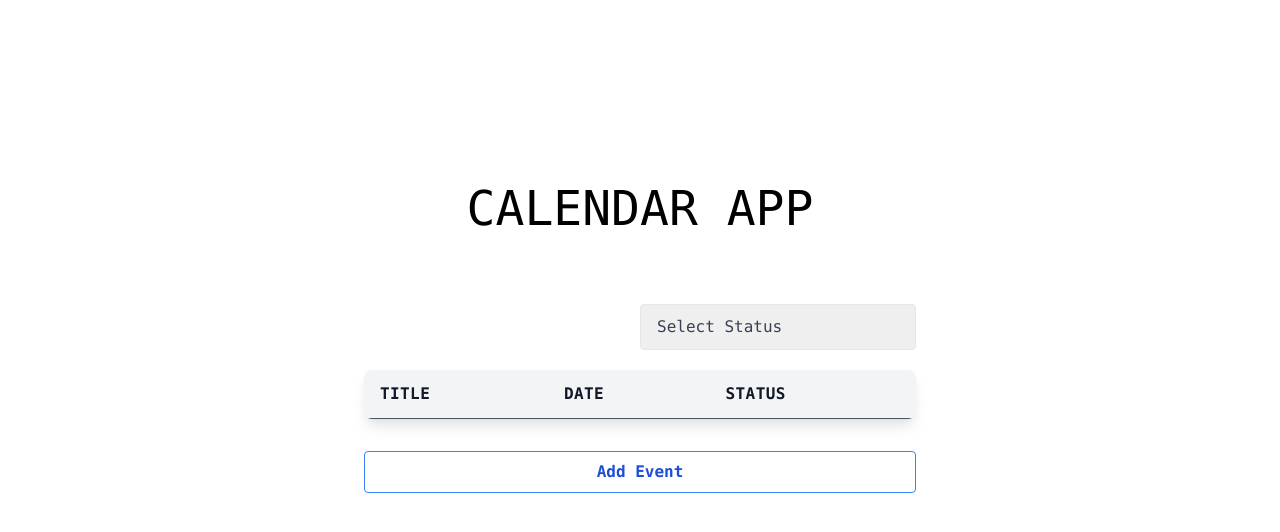
Repository: maikeru-desu/parking-lot
Page: / (app in parking-lot-fe/)
The author's editor kept a copy of each file at every save. The page is drawn from the files as they stood at one save, then again after the next save.
The browser window is 1280 px wide. The pictures show the whole page.
The page's requests for data from a server got no answer. The project was rebuilt for these pictures with package versions that can differ from the ones it lists, and the page was loaded fresh each time. No one was signed in, and anything a server would have sent is missing. Also part of the build but not shown: parking-lot-fe/craco.config.js, parking-lot-fe/src/pages/Add.js, parking-lot-fe/src/pages/Edit.js.

Above is the page before, as saved 2021-10-14 08:25:36.

### parking-lot-fe/src/index.js
import React from 'react';
import ReactDOM from 'react-dom';
import './index.css';
import App from './App';
import {Provider} from "react-redux";
import {BrowserRouter} from "react-router-dom";
import reportWebVitals from './reportWebVitals';
import store from './redux/store';

ReactDOM.render(
    <React.StrictMode>
        <BrowserRouter>
            <Provider store={store}>
                <App />
            </Provider>
        </BrowserRouter>
    </React.StrictMode>,
    document.getElementById('root')
);

// If you want to start measuring performance in your app, pass a function
// to log results (for example: reportWebVitals(console.log))
// or send to an analytics endpoint. Learn more: https://bit.ly/CRA-vitals
reportWebVitals();

### parking-lot-fe/src/App.js
import logo from './logo.svg';
import './App.css';
import {Switch, Route} from "react-router-dom";
import Home from './pages/Home';
import Add from './pages/Add';
import Edit from './pages/Edit';

function App() {
  return (
    <div className="App font-mono">
          <h1 class="mb-12 text-5xl">CALENDAR APP</h1>
        <Switch>
            <Route exact path="/" component={Home} />
            <Route exact path="/add" component={Add} />
            <Route exact path="/edit/:id" component={Edit} />
        </Switch>
    </div>
  );
}

export default App;

### parking-lot-fe/src/redux/store.js
import {createStore, applyMiddleware} from "redux";
import logger from "redux-logger";
import reduxThunk from "redux-thunk";
import rootReducer from "./root-reducer";

const middlewares = [reduxThunk];

if (process.env.NODE_ENV === "development") {
    middlewares.push(logger)
}

const store = createStore(rootReducer, applyMiddleware(...middlewares));

export default store;

### parking-lot-fe/src/pages/Home.js
import React, {useEffect} from 'react'
import {useDispatch, useSelector} from "react-redux";
import { deleteEvent, loadEvents } from '../redux/actions';
import { useHistory } from 'react-router-dom';

const Home = () => {
    let dispatch = useDispatch();
    let history = useHistory();
    const { events } = useSelector(state => state.events);

    const handleDelete = (id) => {
        if(window.confirm("Are you sure wanted to delete the event?")) {
            dispatch(deleteEvent(id));
        }
    }

    useEffect(() => {
        dispatch(loadEvents());
    }, [])

    return (
        <section class="container mx-auto p-6">
            <div class="grid grid-cols-4">
                <select
                    id="status"
                    name="status"
                    // value={status}
                    // onChange={handleChange}
                    className="mb-5 col-start-3 col-span-4 block appearance-none w-full border border-gray-200 text-gray-700 py-3 px-4 pr-8 rounded leading-tight focus:outline-none focus:bg-white focus:border-gray-500">
                    <option>Select Status</option>
                    <option value="0">Pending</option>
                    <option value="2">Ongoing</option>
                    <option value="1">Done</option>
                </select>
            </div>

            <div class="w-full mb-8 overflow-hidden rounded-lg shadow-lg">
                <div class="w-full overflow-x-hidden">
                <table class="w-full">
                    <thead>
                    <tr class="text-md font-semibold tracking-wide text-left text-gray-900 bg-gray-100 uppercase border-b border-gray-600">
                        <th class="px-4 py-3">Title</th>
                        <th class="px-4 py-3">Date</th>
                        <th class="px-4 py-3">Status</th>
                        {/* <th class="px-4 py-3">Action</th> */}
                    </tr>
                    </thead>
                    <tbody class="bg-white">
                        {events && events.map((event) => (
                            <tr onClick={() => history.push(`/edit/${event.id}`)} class="text-gray-700 hover:bg-gray-100" key={event.id}>
                                <td class="px-4 py-3 border">
                                    <div class="flex items-center text-sm">
                                        <div>
                                            <p class="font-semibold text-black">{event.title}</p>
                                        </div>
                                    </div>
                                </td>
                                <td class="px-4 py-3 text-ms font-semibold border">{event.date}</td>
                                <td class="px-4 py-3 text-xs border">
                                    {(() => {
                                        if (event.status == 0) {
                                            return <span class="px-2 py-1 font-semibold leading-tight text-yellow-700 bg-yellow-100 rounded-sm"> Pending </span>;
                                        } else if (event.status == 1) {
                                            return <span class="px-2 py-1 font-semibold leading-tight text-green-700 bg-green-100 rounded-sm"> Done </span>;
                                        } else {
                                            return <span class="px-2 py-1 font-semibold leading-tight text-blue-700 bg-blue-100 rounded-sm"> Ongoing </span>;
                                        }
                                    })()}
                                    {/* <span class="px-2 py-1 font-semibold leading-tight text-green-700 bg-green-100 rounded-sm"> Acceptable </span> */}
                                </td>
                                {/* <td class="px-4 py-3 text-sm border">
                                    <button onClick={() => history.push(`/edit/${event.id}`)} className="bg-transparent hover:bg-blue-500 text-blue-700 font-semibold hover:text-white py-2 px-4 border border-blue-500 hover:border-transparent rounded">
                                        EDIT
                                    </button>
                                    <button onClick={() => handleDelete(event.id)} className="bg-transparent hover:bg-red-500 text-red-700 font-semibold hover:text-white py-2 px-4 border border-red-500 hover:border-transparent rounded">
                                        DELETE
                                    </button>
                                </td> */}
                            </tr>
                        ))}
                    </tbody>
                </table>
                </div>
            </div>

            <button onClick={() => history.push("/add")} className="mb-5 col-start-3 col-span-4 bg-transparent hover:bg-blue-500 text-blue-700 font-semibold hover:text-white py-2 px-4 border border-blue-500 hover:border-transparent rounded">
                Add Event
            </button>

        </section>
    )
}

export default Home

### parking-lot-fe/src/redux/root-reducer.js
import {combineReducers} from "redux";
import eventsReducers from "./reducer";

const rootReducer = combineReducers({
    events: eventsReducers
});

export default rootReducer;

### parking-lot-fe/src/redux/actions.js
import * as types from "./actionType";
import axios from "axios";

const getEvents = (events) => ({
    type: types.GET_EVENTS,
    payload: events
});

const eventDeleted = () => ({
    type: types.DELETE_EVENT
});

const eventAdded = () => ({
    type: types.ADD_EVENT
});

const eventFetched = (event) => ({
    type: types.GET_EVENT,
    payload: event,
});

const eventUpdated = () => ({
    type: types.UPDATE_EVENT
});

export const loadEvents = () => {
    return function (dispatch) {
        axios.get(`${process.env.REACT_APP_API}?_sort=date&_order=desc`).then((resp) => {
            // console.log("resp", resp);
            dispatch(getEvents(resp.data));
        })
        .catch((error) => console.log(error));
    };
};

export const deleteEvent = (id) => {
    return function (dispatch) {
        axios.delete(`${process.env.REACT_APP_API}/${id}`).then((resp) => {
            console.log("resp", resp);
            dispatch(eventDeleted());
            dispatch(loadEvents());
        })
        .catch((error) => console.log(error));
    };
};

export const addEvent = (user) => {
    return function (dispatch) {
        axios.post(`${process.env.REACT_APP_API}`, user).then((resp) => {
            console.log("resp", resp);
            dispatch(eventAdded());
            dispatch(loadEvents());
        })
        .catch((error) => console.log(error));
    };
};

export const getEvent = (id) => {
    return function (dispatch) {
        axios.get(`${process.env.REACT_APP_API}/${id}`).then((resp) => {
            console.log("resp", resp);
            dispatch(eventFetched(resp.data));
        })
        .catch((error) => console.log(error));
    };
};

export const updateEvent = (user, id) => {
    return function (dispatch) {
        axios.put(`${process.env.REACT_APP_API}/${id}`, user).then((resp) => {
            console.log("resp", resp);
            dispatch(eventUpdated());
        })
            .catch((error) => console.log(error));
    };
};

### parking-lot-fe/src/form.css
html, body {
  height: 100%
}

body {
  display: flex;
  justify-content: center;
  align-items: center;
}

form {
  padding: 20px;
  border: 1px solid #ccc;
  border-radius: 5px;
  width: 100%;
}

button {
  width: 100%
}

#root {
    width: 100%;
    max-width: 600px;
}

tr {
    cursor: pointer;
}

### parking-lot-fe/src/redux/reducer.js
import * as types from "./actionType";

const initialState = {
    events: [],
    event: {},
    loading: true
}

const eventsReducers = (state = initialState, action) => {
    switch (action.type) {
        case types.GET_EVENTS:
            return {
                ...state,
                events: action.payload,
                loading: false,
            };
        case types.DELETE_EVENT:
        case types.ADD_EVENT:
        case types.UPDATE_EVENT:
            return {
                ...state,
                loading: false,
            }
        case types.GET_EVENT:
            return {
                ...state,
                event: action.payload,
                loading: false,
            };
        default:
            return state;
    }
}

export default eventsReducers;

### parking-lot-fe/src/redux/actionType.js
export const GET_EVENTS = "GET_EVENTS";
export const DELETE_EVENT = "DELETE_EVENT";
export const ADD_EVENT = "ADD_EVENT";
export const GET_EVENT = "GET_EVENT";
export const UPDATE_EVENT = "UPDATE_EVENT";

Loaded but not shown: parking-lot-fe/src/index.css (common file); parking-lot-fe/src/reportWebVitals.js (common file); parking-lot-fe/src/App.css (common file); parking-lot-fe/tailwind.config.js (common file)

After the next save:
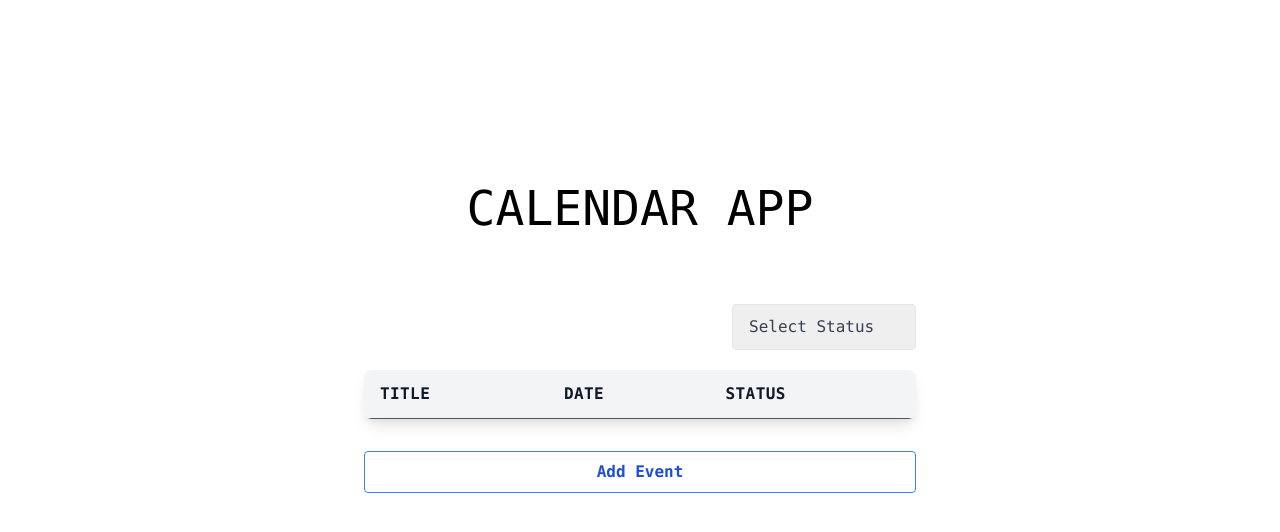
Saved 13 s later.
--- a/parking-lot-fe/src/pages/Home.js
+++ b/parking-lot-fe/src/pages/Home.js
@@ -20,13 +20,13 @@ const Home = () => {
 
     return (
         <section class="container mx-auto p-6">
-            <div class="grid grid-cols-4">
+            <div class="grid grid-cols-6">
                 <select
                     id="status"
                     name="status"
                     // value={status}
                     // onChange={handleChange}
-                    className="mb-5 col-start-3 col-span-4 block appearance-none w-full border border-gray-200 text-gray-700 py-3 px-4 pr-8 rounded leading-tight focus:outline-none focus:bg-white focus:border-gray-500">
+                    className="mb-5 col-start-5 col-span-6 block appearance-none w-full border border-gray-200 text-gray-700 py-3 px-4 pr-8 rounded leading-tight focus:outline-none focus:bg-white focus:border-gray-500">
                     <option>Select Status</option>
                     <option value="0">Pending</option>
                     <option value="2">Ongoing</option>
